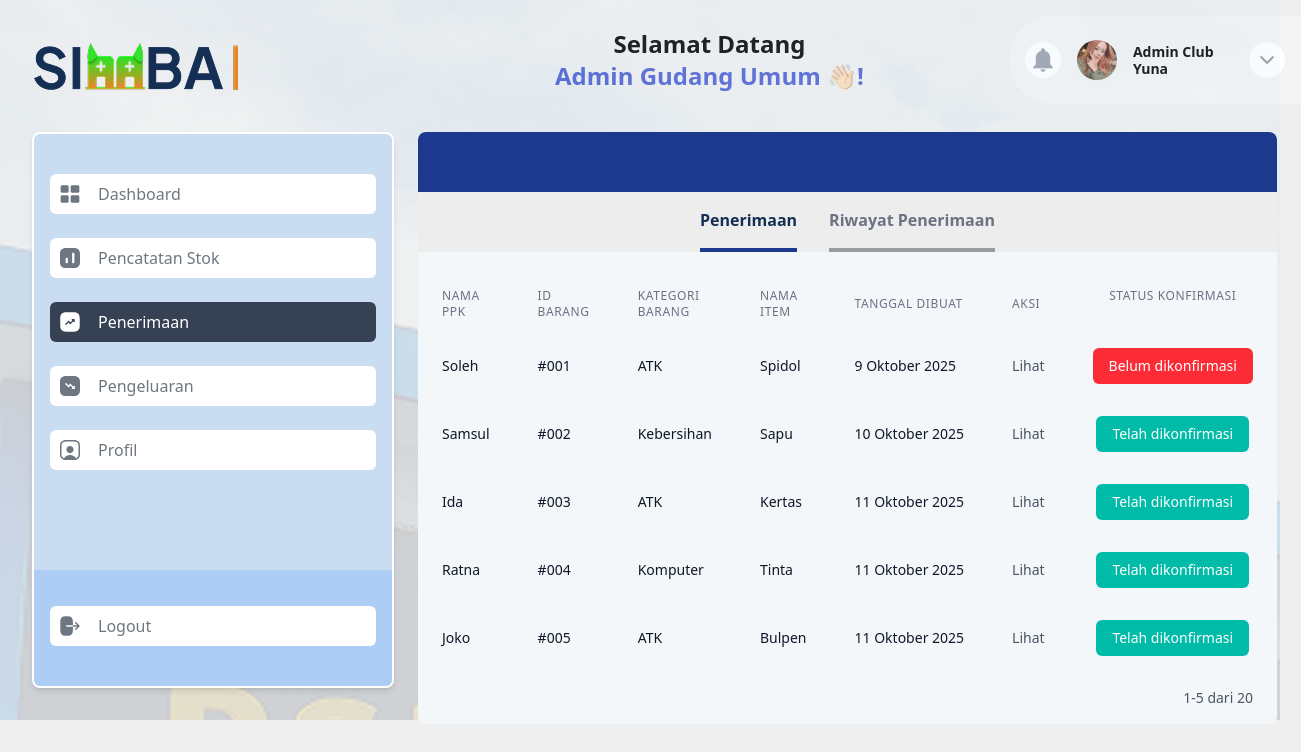
Repository: Gokerwow/inventory-fe
Page: /penerimaan
The author's editor kept a copy of each file at every save. The page is drawn from the files as they stood at one save, then again after the next save.
The browser window is 1280 px wide. The page is 1301 px wide, so the pictures cover 1301 px, including what lies to the right of the window. The pictures show the whole page.
The project was rebuilt for these pictures with package versions that can differ from the ones it lists, and the page was loaded fresh each time. Also part of the build but not shown: vite.config.ts, src/components/categoryBarChart.tsx, src/components/lineChart.tsx, src/pages/dashboard.tsx, src/pages/stokBarang.tsx, src/pages/pengeluaran.tsx, src/pages/profil.tsx.

Above is the page before, as saved 2025-10-14 18:28:51.

After the next save:
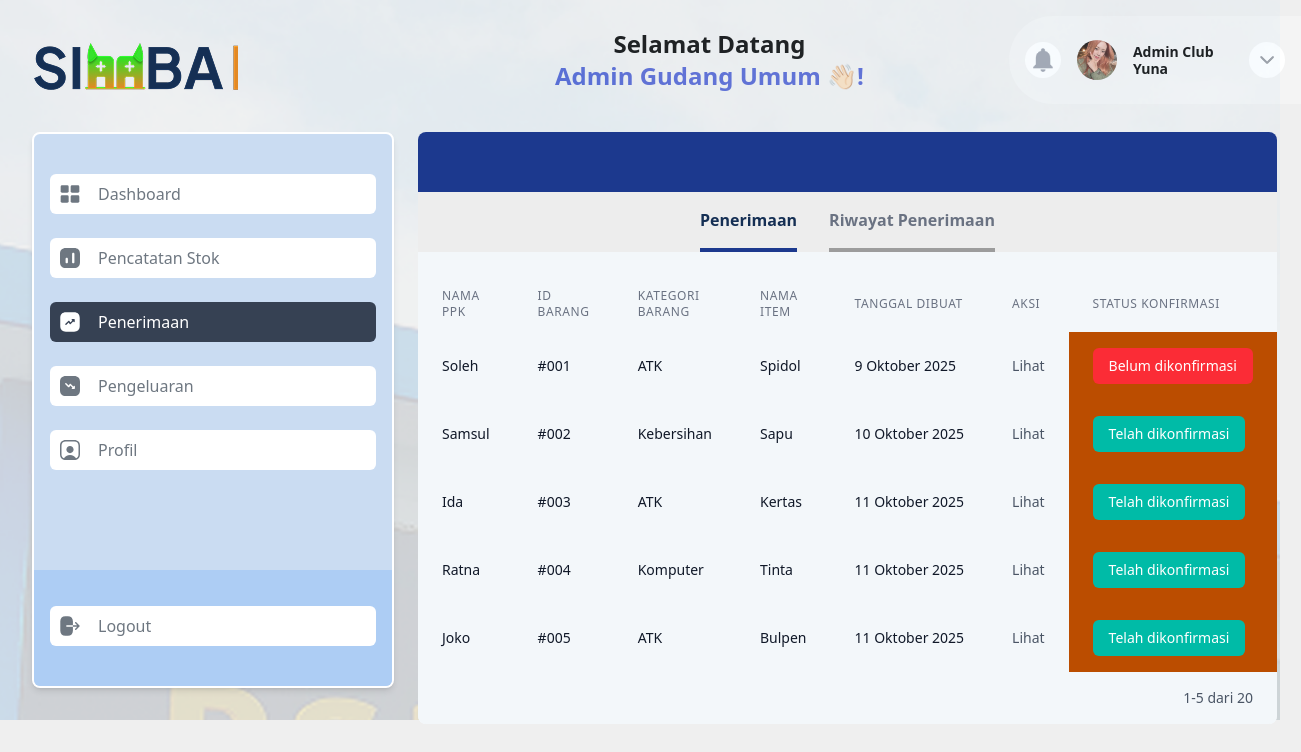
Saved 2 min 17 s later.
--- a/src/pages/penerimaan.tsx
+++ b/src/pages/penerimaan.tsx
@@ -108,7 +108,7 @@ export default function Penerimaan() {
                                 <th className="px-6 py-3 text-left text-xs font-medium text-gray-500 uppercase tracking-wider">
                                     Aksi
                                 </th>
-                                <th className="px-6 py-3 text-left text-xs font-medium text-gray-500 uppercase tracking-wider  flex justify-center">
+                                <th className="px-6 py-3 text-left text-xs font-medium text-gray-500 uppercase tracking-wider">
                                     Status konfirmasi
                                 </th>
                             </tr>
@@ -137,7 +137,7 @@ export default function Penerimaan() {
                                             <span>Lihat</span>
                                         </button>
                                     </td>
-                                    <td className="px-6 py-4 whitespace-nowrap text-sm flex justify-center">
+                                    <td className="px-6 py-4 whitespace-nowrap text-sm bg-amber-700">
                                         {item.status === 'Belum dikonfirmasi' ? (
                                             <button className="px-4 py-2 bg-red-500 text-white rounded-md hover:bg-red-600 transition-colors">
                                                 Belum dikonfirmasi
